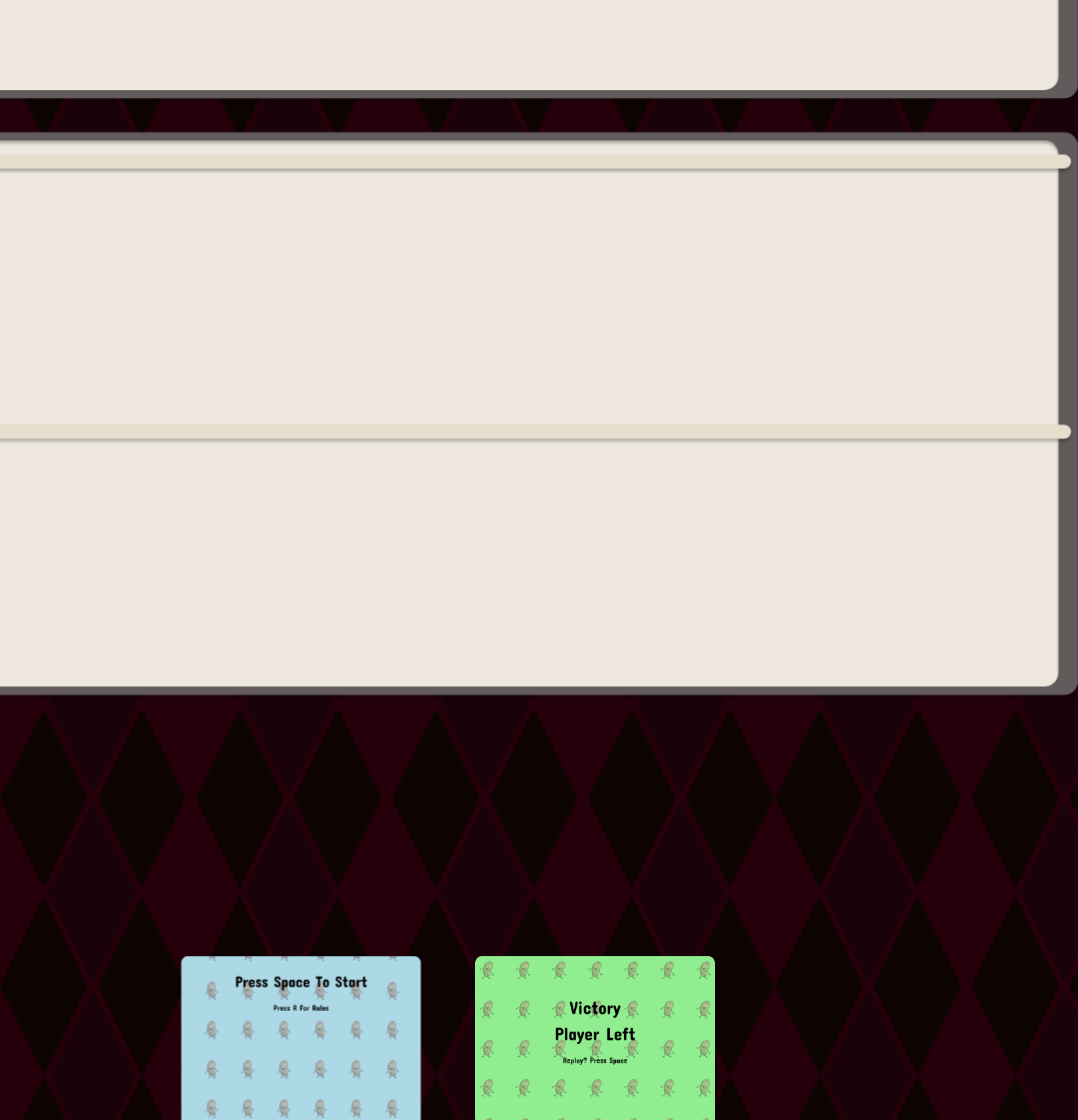
Repository: EMP-ChristinaC/Portfolio
Page: projects/potato-shuffle/potato.html
The author's editor kept a copy of each file at every save. The page is drawn from the files as they stood at one save, then again after the next save.
The browser window is 1280 px wide. The page is 1540 px wide, so the pictures cover 1540 px, including what lies to the right of the window. The pictures show the part of the page from y = 1659 to 3259 px (the page is 6194 px tall), at 70% of full size.
Some web fonts or font styles are not loaded; a fallback is used.

Above is the page before, as saved 2024-12-08 19:54:12.

### projects/potato-shuffle/potato.html
<!DOCTYPE html>
<html lang="en">

<head>
    <meta charset="UTF-8">
    <meta name="viewport" content="width=device-width, initial-scale=1.0">
    <title>CC- Project Potato Shuffle</title>
    <!--- ////////////////// OUTSIDE STYLES //////////////////-->


    <!--- ///////////////// GOOGLE FONTS  ////////////////////-->
    <link rel="preconnect" href="https://fonts.googleapis.com">
    <link rel="preconnect" href="https://fonts.gstatic.com" crossorigin>
    <link
        href="https://fonts.googleapis.com/css2?family=Overlock:ital,wght@0,400;0,700;0,900;1,400;1,700;1,900&family=Vast+Shadow&display=swap"
        rel="stylesheet">

    <!--- /////////////// MY STYLES ////////////////-->

    <link rel="stylesheet" href="potato.css">
    <link rel="stylesheet" href="../../nav.css">
    <link rel="stylesheet" href="media-style-phone-potato.css">
    <link rel="stylesheet" href="../../media-style-two.css">
    <link rel="stylesheet" href="media-style-mac-potato.css">

    <!--- //////////////// FAVICON LINKS ///////////////////-->
    <link rel="shortcut icon" href="../../image/logo.png" type="image/x-icon">
    <link rel="icon" href="../../image/logo.png" type="image/x-icon">

</head>

<body class="home-potato">

    <!--- /////////////////////// NAVIGATION /////////////////////-->
    <header class="navigation">
        <img class="nav-background" src="../../image/nav-background.png"
            alt="A decor for the nav, it holds a logo with diamond patterns in the background.">


        <a href="../../index.html " class="nav-home">Stage</a>
        <a href="../../about-page/about.html" class="nav-about">Director</a>
        <a href="../../contact-page/contact.html" class="nav-contact">Contact</a>
        <a href="../../main-project-page/projects.html" class="nav-projects current">Projects</a>
    </header>


    <!--- /////////////////////// ARROW BUTTON /////////////////////-->
    <a href="../../projects/sniffle/sniffle.html"><img src="../../image/left-arrow.png" class="side-button-left" alt="A."></a>


    <a href="../../projects/smash-n-dash/smash.html"><img src="../../image/right-arrow.png" class="side-button-right" alt="A."></a>



    <!--- /////////////////////// BOX OUTLINE ///////////////////////-->
    <div class="box-outline-outside-potato-overview">
        <div class="box-outline-inside-potato-overview"></div>

        <!-- <div class="dia-left-potato">
            <img src="../../image/Dia-bottom-left.png"
                alt="A diamond pattern decor that is placed onto the bottom left of the box outline">
        </div>

        <div class="dia-right-potato">
            <img src="../../image/Dia-top-right.png"
                alt="A diamond pattern decor that is placed onto the bottom left of the box outline">
        </div> -->


    <div class="box-outline-paragraph-potato">
        <div class="details-potato">
            <h2>About:</h2>
            <p>
                A digital coding game inspired by Hot Potato and WarioWare. It takes elements from both games and with
                the help of Makey-Makey, it creates a fun interactive game.
                <!-- <br><br>
                Here are some images of the game. -->
            </p>
        </div>
    </div>


    <div class="box-outline-type-potato">
        <div class="type-potato">
            <p> Project Type:
                <br>
                Interactive Game
                <br><br>
                Date:
                <br>
                December 2023
                <br><br>
                Link:
                <br>
                <a href="https://emp-christinac.github.io/Potato-Shuffle/index.html">Github</a>
                <br><br>
                Role:
                <br>
                Lead Coder
            </p>
        </div>

<!-- <div class="type-two">
    <p>
        Link:
        <br>
        <a href="https://emp-christinac.github.io/Potato-Shuffle/index.html">Github</a>
        <br><br>
        Role:
        <br>
        Lead Coder
    </p>
</div> -->


        <!-- <div class="type-potato-phone">
            <p> Project Type:
                <br>
                Digital Game
                <br><br>
                Date:
                <br>
                December 2023
            </p>
        </div> -->

        <!-- <div class="type-potato-phone-two">
            <p>
                Link:
                <br>
                <a href="https://empxnifl.github.io/Potato-Shuffle/index.html">Github</a>
                <br><br>
                Role:
                <br>
                Lead Coder
            </p>
        </div> -->
    </div>

    <div class="box-outline-credit">
        <div class="credit">
            <p>Credit to:
                <br>
                Roman Lopez [Lead Designer]
                <br>
                Dominic Perron [Lead Interaction]
            </p>
        </div>

        <div class="mc-overview">
            <img src="../../image/Main-Screen.png" alt="A overview of the project Potato Shuffle.">
        </div>

    </div>




    <div class="box-outline-heading-potato">
        <div class="potato-title">
            <h1>Potato Shuffle</h1>
        </div>
    </div>
</div>
    <!--- ////////////////////////-->
    <div class="box-outline-outside-potato-play">
        <div class="box-outline-inside-potato-play"></div>

        <div>
            <div class="play">
                <p>
                </p>
            </div>

    </div>


    <!--- ////////////////////////-->

    <div class="box-outline-outside-potato-progress">
        <div class="box-outline-inside-potato-progress"></div>

        <!-- <div class="dia-left-two-potato">
            <img src="../../image/Dia-bottom-left.png"
                alt="A diamond pattern decor that is placed onto the bottom left of the box outline">
        </div>

        <div class="dia-right-two-potato">
            <img src="../../image/Dia-top-right.png"
                alt="A diamond pattern decor that is placed onto the bottom left of the box outline">
        </div> -->

        <div class="box-outline-heading-two-potato">
            <div class="heading-two">
                <h1>Menu Design</h1>
            </div>
        </div>
        <div class="box-outline-heading-three-potato">
            <div class="heading-three">
                <h1>Sprites</h1>
            </div>
        </div>

        <div class="potato-menu-one">
            <img src="../../image/Home.png" alt="The home screen of the project.">
        </div>


        <div class="potato-menu-two">
            <img src="../../image/Victory.png" alt="The victory screen of the project.">
        </div>

        <!--- ////////////////////////-->

        <div class="potato-sprites">
            <img src="../../image/potato_sway.gif" alt="A potato gif that shows the potato swaying left and right.">
        </div>


        <div class="potato-sprites-two">
            <img src="../../image/Fail.gif" alt="A explosion gif that says boom.">
        </div>

        <div class="potato-sprites-three">
            <img src="../../image/potato_flip.gif" alt="A potato gif that shows the potato fliping.">
        </div>



    </div>


    <!--- ////////////////////////-->

    <div class="box-outline-outside-potato">
        <div class="box-outline-inside-potato"></div>
        <!-- <div class="dia-left-three-potato">
            <img src="../../image/Dia-bottom-left.png"
                alt="A diamond pattern decor that is placed onto the bottom left of the box outline">
        </div>

        <div class="dia-right-three-potato">
            <img src="../../image/Dia-top-right.png"
                alt="A diamond pattern decor that is placed onto the bottom left of the box outline">
        </div> -->


        <div class="box-outline-heading-four-potato">
            <div class="heading-four-potato">
                <h1>Mini-Game Design</h1>
            </div>

            <div class="potato-event-one">
                <img src="../../image/Event-1.png" alt="One of five mini-game from the project. It shows a character running.">
            </div>

            <div class="potato-event-two">
                <img src="../../image/Event-2.png"
                    alt="One of five mini-game from the project. It shows a character shooting at a muffen.">
            </div>


            <div class="potato-event-three">
                <img src="../../image/Event-3.png"
                    alt="One of five mini-game from the project. It shows a potato dropping into a basket.">
            </div>

            <div class="potato-event-four">
                <img src="../../image/Event-4.png"
                    alt="One of five mini-game from the project. It shows a character digging up a potato.">
            </div>


            <div class="potato-event-five">
                <img src="../../image/Event-5.png" alt="One of five mini-game from the project. It shows a potato being peeled.">
            </div>

        </div>

    </div>

    <!--- ////////////////////////-->

    <div class="box-outline-outside-foot">
        <div class="box-outline-inside-foot"></div>

            <footer class="section">
                <p>© 2024 by Christina Chan. Powered and secured by Github</p>

                <div>
                    <a class="github" href="https://github.com/EMP-ChristinaC"> <img src="../../image/Github-icon.png"
                            alt="Github icon image."></a>

                    <a class="twitter" href="https://x.com/EMP_Nifl"> <img src="../../image/Twitter-Icon.png"
                            alt="Twitter icon image."></a>

                    <a class="discord" href="https://discordapp.com/users/456539039286165514"> <img src="../../image/discord-icon.webp"
                            alt="Discord icon image."></a>

                    <a class="linkedin" href="https://www.linkedin.com/in/christina-chan-290a29323/"> <img src="../../image/Linkedin-icon.webp"
                            alt="Linkedin icon image."></a>
                </div>

            </footer>
    </div>
    <!--- /////////////////////// DECOR  ///////////////////////-->


    <!-- <div class="left-curtain">
        <img src="../../image/curtains-left.png" alt="A curtain decor that is placed on the left side of the website.">
    </div>

    <div class="right-curtain">
        <img src="../../image/curtain-right.png" alt="A curtain decor that is placed on the right side of the website.">
    </div> -->

    <!--- /////////////////////// TEXT ///////////////////////-->


    <!--- /////////////////////// IMAGES ///////////////////////-->


    <!--- ////////////////////////-->




    <!--- ////////////////////////-->



</body>

</html>

### projects/potato-shuffle/potato.css

/*///////////////////////////////// Box Outline ////////////////////////////*/
.box-outline-outside-potato-overview,
.box-outline-outside-potato-progress,
.box-outline-outside-potato-play {
    width: 1800px;
    height: 804px;
    background: rgba(98, 91, 92);
    box-shadow: 0px 4px 4px rgba(0, 0, 0, 0.25);
    border-radius: 20px;
}

.box-outline-outside-potato-overview {
    position: absolute;
    top: 50%;
    left: 50%;
    transform: translate(-50%, -27%);
}

.box-outline-outside-potato-play {
    position: absolute;
    top: 50%;
    left: 50%;
    transform: translate(-50%, 79%);
}

.box-outline-outside-potato-progress {
    position: absolute;
    top: 50%;
    left: 50%;
    transform: translate(-50%, 56%);
}

/*//////////////////////////////////*/


.box-outline-outside-potato {
    width: 1800px;
    height: 990px;
    background: rgba(98, 91, 92);
    box-shadow: 0px 4px 4px rgba(0, 0, 0, 0.25);
    border-radius: 20px;
}

.box-outline-outside-potato {
    position: absolute;
    top: 50%;
    left: 50%;
    transform: translate(-50%, 2340px);
}



/*//////////////////////////////////////////////////////////////////////////////*/

.box-outline-inside-potato-overview,
.box-outline-inside-potato-progress,
.box-outline-inside-potato-play {
    width: 1745px;
    height: 780px;
    background: #EDE7DD;
    box-shadow: 0px 4px 4px rgba(0, 0, 0, 0.25) inset;
    border-radius: 20px;
}

.box-outline-inside-potato-play {
    position: absolute;
    top: 1.5%;
    left: 1.5%;
}

.box-outline-inside-potato-overview {
    position: absolute;
    top: 1.5%;
    left: 1.5%;
    /* transform: translate(-50%, -26.3%); */
}


.box-outline-inside-potato-progress {
    position: absolute;
    top: 1.5%;
    left: 1.5%;
    /* transform: translate(-50%, 84%); */
}


.box-outline-inside-potato {
    width: 1745px;
    height: 960px;
    background: #EDE7DD;
    box-shadow: 0px 4px 4px rgba(0, 0, 0, 0.25) inset;
    border-radius: 20px;
}

.box-outline-inside-potato {
    position: absolute;
    top: 1.5%;
    left: 1.5%;
    /* transform: translate(-50%, 1506px); */
}



/*///////////////////////////HEADING BOX////////////////////////////*/



.box-outline-heading-potato {
    width: 1700px;
    height: 20px;
    background: #E7DECD;
    box-shadow: 0px 4px 4px rgba(0, 0, 0, 0.25);
    border-radius: 20px;
    z-index: 1;
}

.box-outline-heading-potato {
    position: absolute;
    top: 28%;
    left: 50%;
    transform: translate(-50%, -920%);
}



.box-outline-heading-two-potato,
.box-outline-heading-three-potato,
.box-outline-heading-four-potato {
    width: 1700px;
    height: 20px;
    background: #E7DECD;
    box-shadow: 0px 4px 4px rgba(0, 0, 0, 0.25);
    border-radius: 20px;
    z-index: 1;
    position: absolute;

}

.box-outline-heading-two-potato {
    /* transform: translate(-50%, 1270%); */
    top: 4%;
    left: 5%;
}

.box-outline-heading-three-potato {
    /* transform: translate(-50%, 1900%); */
    top: 52%;
    left: 5%;
}

.box-outline-heading-four-potato {
    /* transform: translate(-50%, 2800%); */

}

.box-outline-heading-five-potato {
    /* transform: translate(-50%, 3450%); */

}

/*/////////////////////////////////////*/

.box-outline-paragraph-potato,
.box-outline-type-potato,
.box-outline-credit {
    /* background: #E7DECD;
    box-shadow: 0px 4px 4px rgba(0, 0, 0, 0.25);
    border-radius: 20px; */
    position: absolute;
    top: 50%;
    left: 30%;
}


.box-outline-paragraph-potato {
    width: 375px;
    height: 330px;
    transform: translate(-116%, -10%);
    z-index: 1;
}


.box-outline-type-potato {
    width: 375px;
    height: 200px;
    transform: translate(-116%, 90%);
    z-index: 1;
}

.box-outline-credit {
    width: 375px;
    height: 60px;
    transform: translate(-30%, 350%);
    z-index: 1;
}



/*/////////////////////////////////////*/

.box-outline-outside-foot {
    width: 100%;
    height: 200px;
    background: rgba(98, 91, 92);
    box-shadow: 0px 4px 4px rgba(0, 0, 0, 0.25);
    border-radius: 20px 20px 0 0;
    position: absolute;
    top: 50%;
    left: 50%;
    transform: translate(-50%, 1690%);
}

/*/////////////////////////////////////*/

.box-outline-inside-foot {
    width: 99%;
    height: 185px;
    position: absolute;
    background: #EDE7DD;
    box-shadow: 0px 4px 4px rgba(0, 0, 0, 0.25) inset;
    border-radius: 20px 20px 0 0;
    position: absolute;
    /* transform: translate(-50%, 1359%); */
    top: 8%;
    left: 0.5%;
}



/*///////////////////////////////// Decor ////////////////////////////*/

.dia-left-potato img {
    position: absolute;
    top: 27%;
    left: 50%;
    transform: translate(-384%, 205%);
}

.dia-right-potato img {
    position: absolute;
    top: 27%;
    right: 50%;
    transform: translate(385%, -107%);
}

/*//////////////////////////////////////////////////////////////////////*/

.dia-left-two-potato img {
    position: absolute;
    top: -80%;
    left: 50%;
    transform: translate(-384%, 656%);
}

.dia-right-two-potato img {
    position: absolute;
    top: -80%;
    right: 50%;
    transform: translate(385%, 344%);
}

/*/////////////////////////////////////*/

.dia-left-three-potato img {
    position: absolute;
    top: -186%;
    left: 50%;
    transform: translate(-384%, 1378%);
}

.dia-right-three-potato img {
    position: absolute;
    top: -186%;
    right: 50%;
    transform: translate(385%, 972%);
}

/*/////////////////////////////////////*/

.left-curtain {
    position: fixed;
    top: 0%;
    left: 11%;
    transform: translate(-100%);
}

.right-curtain {
    position: fixed;
    top: 0%;
    right: 11%;
    transform: translate(100%);
}

/*///////////////////////////////// Heading Text ////////////////////////////*/

.potato-title {
    width: 827px;
    text-align: center;
    color: #FABA84;
    font-size: 25px;
    font-family: Vast Shadow;
    font-weight: 400;
    -webkit-text-stroke: 0.1px #4C0B13;
    z-index: 1;
}

.potato-title {
    position: absolute;
    top: -20%;
    left: -9%;
    /* transform: translate(-50%, -320%); */
}


.heading-two,
.heading-three,
.heading-four-potato {
    width: 827px;
    text-align: center;
    color: #FABA84;
    font-family: Vast Shadow;
    font-weight: 400;
    -webkit-text-stroke: 0.1px #4C0B13;
    z-index: 1;
    position: absolute;
    top: 20%;
    left: -30%;
    font-size: 15px;
}



/*///////////////////////////////// Paragraph Text ////////////////////////////*/

.details-potato p,
.details-potato h2,
.type-potato p,
.type-two p,
.credit p {
    color: #1E1E1E;
    font-family: Overlock;
    font-weight: 900;

}
.details-potato h2 {
    width: 600px;
    font-size: 35px;
    line-height: 32px;
    letter-spacing: 2px;
    position: absolute;
    top: -70%;
    left: 5%;
    z-index: 1;
}

.details-potato p {
    width: 600px;
    font-size: 25px;
    line-height: 32px;
    letter-spacing: 2px;
    position: absolute;
    top: -55%;
    left: 5%;
    z-index: 1;
    /* transform: translate(-90%, -28%); */

}

.type-potato p {
    width: 440px;
    font-size: 25px;
    line-height: 28px;
    letter-spacing: 2px;
    position: absolute;
    top: -100%;
    left: 5%;
    /* transform: translate(-95%, 105%); */
    z-index: 1;

}

.type-two p {
    width: 440px;
    font-size: 25px;
    line-height: 28px;
    letter-spacing: 2px;
    position: absolute;
    top: 0%;
    left: 64%;
    /* transform: translate(-42%, 420%); */
    z-index: 1;
}

.credit p {
    width: 440px;
    font-size: 25px;
    line-height: 32px;
    letter-spacing: 2px;
    position: absolute;
    top: -385%;
    left: 5%;
    /* transform: translate(-42%, 420%); */
    z-index: 1;
}





/*/////////////////////////////////////*/

footer.section {
    text-align: center;
    color: black;
    font-size: 14px;
    font-family: Overlock;
    font-weight: 400;

    width: 500px;
    position: absolute;
    top: 50%;
    left: 50%;
    transform: translate(-53%, 80%);

}

footer.section p {
    width: 100%;
    height: 100%;
    transform: translate(1%, 35%);
}


/*///////////////////////////////// Images ////////////////////////////*/


.mc-overview {
    width: 775px;
    height: 675px;
    position: absolute;
    top: -750%;
    left: 155%;
    overflow: hidden;
    box-shadow: 0px 4px 4px rgba(0, 0, 0, 0.25);
    border-radius: 30px;
    transform: translate(-8%, -11%);
    }



.mc-overview img {
    width: 100%;
    height: 105%;
    object-fit: cover;
    transform: translate(-0%, 0%);

    transition: all 0.3s ease-in-out;
}


.potato {
    width: 258px;
    height: 547px;
    box-shadow: 0px 4px 4px rgba(0, 0, 0, 0.25);
    border-radius: 20px;
    background-position: center;

    position: absolute;
    top: 50%;
    left: 50%;
    transform: translate(70%, 302%);
}

.potato-projects {
    width: 258px;
    height: 547px;
    box-shadow: 0px 4px 4px rgba(0, 0, 0, 0.25);
    border-radius: 20px;
    background-position: center;

    position: absolute;
    top: 50%;
    left: 50%;
    transform: translate(70%, -5%);
}

.potato-menu-one img {
    width: 350px;
    height: 250px;
    position: absolute;
    top: 50%;
    left: 50%;
    transform: translate(-110%, 310%);
}

.potato-menu-two img {
    width: 350px;
    height: 250px;
    position: absolute;
    top: 50%;
    left: 50%;
    transform: translate(10%, 310%);
}


.potato-sprites img {
    width: 300px;
    height: 300px;
    position: absolute;
    top: 50%;
    left: 50%;
    transform: translate(-150%, 370%);
}

.potato-sprites-two img {
    width: 300px;
    height: 300px;
    position: absolute;
    top: 50%;
    left: 50%;
    transform: translate(-50%, 370%);
}

.potato-sprites-three img {
    width: 300px;
    height: 300px;
    position: absolute;
    top: 50%;
    left: 50%;
    transform: translate(50%, 370%);
}

.potato-event-one img {
    width: 409px;
    height: 266px;
    position: absolute;
    top: 50%;
    left: 50%;
    transform: translate(-105%, 610%);
}

.potato-event-two img {
    width: 409px;
    height: 266px;
    position: absolute;
    top: 50%;
    left: 50%;
    transform: translate(4%, 610%);
}

.potato-event-three img {
    width: 409px;
    height: 266px;
    position: absolute;
    top: 50%;
    left: 50%;
    transform: translate(-105%, 715%);
}

.potato-event-four img {
    width: 409px;
    height: 266px;
    position: absolute;
    top: 50%;
    left: 50%;
    transform: translate(4%, 715%);
}

.potato-event-five img {
    width: 409px;
    height: 266px;
    position: absolute;
    top: 50%;
    left: 50%;
    transform: translate(-105%, 820%);
}

/*/////////////////////////////////////*/
.github {
    width: 45px;
    height: 45px;
    position: absolute;
    top: 50%;
    left: 50%;
    overflow: hidden;
    box-shadow: 0px 4px 4px rgba(0, 0, 0, 0.25);
    border-radius: 30px;
    transform: translate(-250%, -180%);
}

.github img {
    width: 100%;
    height: 100%;
    object-fit: cover;
    transition: all 0.3s ease-in-out;
    transform: translate(0%, 0%);
}

.twitter {
    width: 45px;
    height: 45px;
    position: absolute;
    top: 50%;
    left: 50%;
    overflow: hidden;
    box-shadow: 0px 4px 4px rgba(0, 0, 0, 0.25);
    border-radius: 30px;
    transform: translate(-100%, -180%);
}

.twitter img {
    width: 100%;
    height: 100%;
    object-fit: cover;
    transition: all 0.3s ease-in-out;
    transform: translate(-0%, -0%);
}


.discord {
    width: 45px;
    height: 45px;
    position: absolute;
    top: 50%;
    left: 50%;
    overflow: hidden;
    box-shadow: 0px 4px 4px rgba(0, 0, 0, 0.25);
    border-radius: 30px;
    transform: translate(50%, -180%);
}

.discord img {
    width: 100%;
    height: 100%;
    object-fit: cover;
    transition: all 0.3s ease-in-out;
    transform: translate(-0%, -0%);
}


.linkedin {
    width: 45px;
    height: 45px;
    position: absolute;
    top: 50%;
    left: 50%;
    overflow: hidden;
    box-shadow: 0px 4px 4px rgba(0, 0, 0, 0.25);
    border-radius: 30px;
    transform: translate(200%, -180%);
}

.linkedin img {
    width: 100%;
    height: 100%;
    object-fit: cover;
    transition: all 0.3s ease-in-out;
    transform: translate(-0%, -0%);
}

### media-style-two.css
@media screen and (max-width: 1660px) {

    .left-curtain {
        display: none;
    }

    .right-curtain {
        display: none;
    }

}

Loaded but not shown: projects/potato-shuffle/media-style-phone-potato.css (424 lines, source omitted); nav.css (208 lines, source omitted); projects/potato-shuffle/media-style-mac-potato.css (93 lines, source omitted)

After the next save:
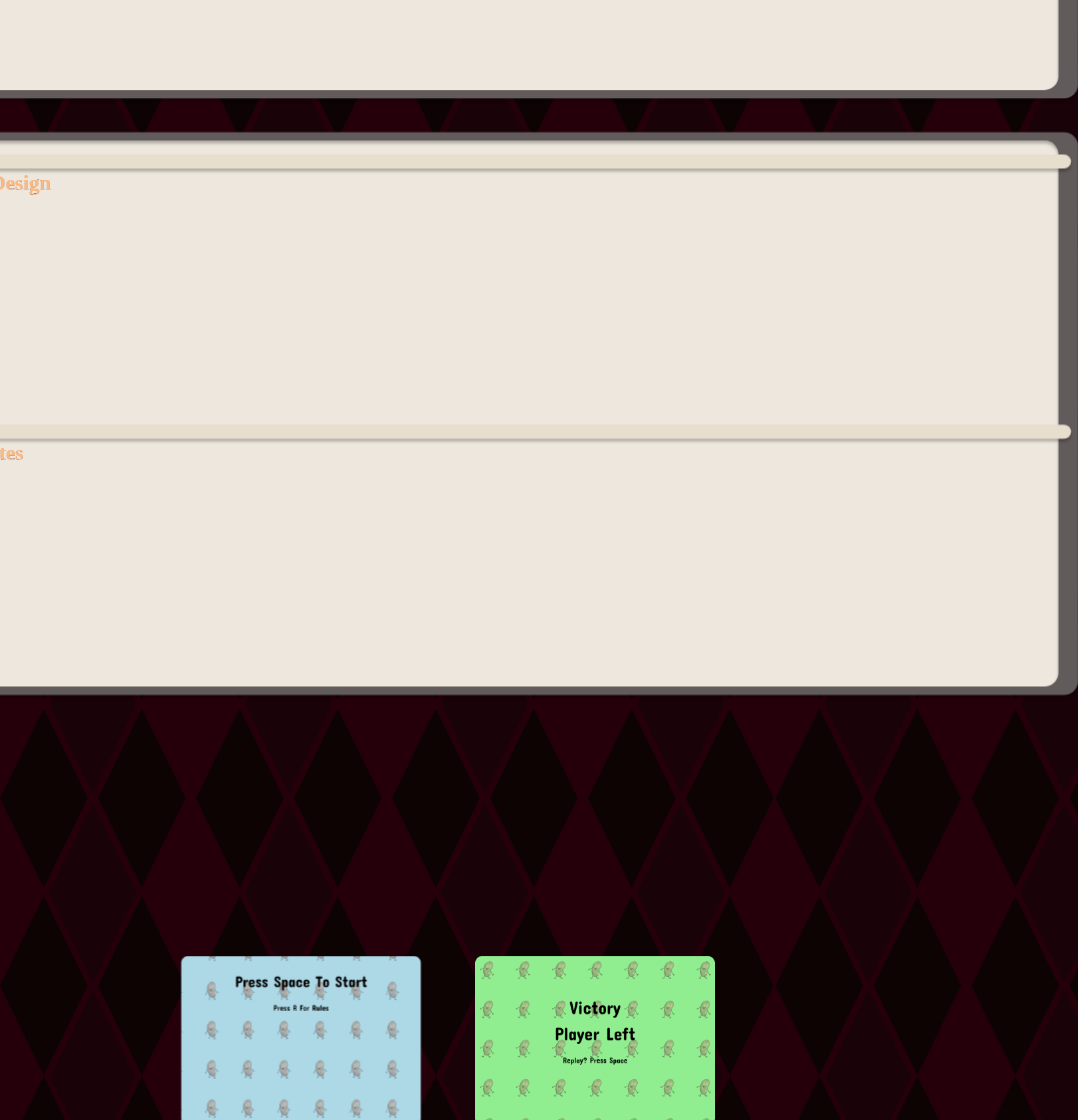
Saved 4 s later.
--- a/projects/potato-shuffle/potato.css
+++ b/projects/potato-shuffle/potato.css
@@ -325,7 +325,7 @@
     z-index: 1;
     position: absolute;
     top: 20%;
-    left: -30%;
+    left: -15%;
     font-size: 15px;
 }
 
